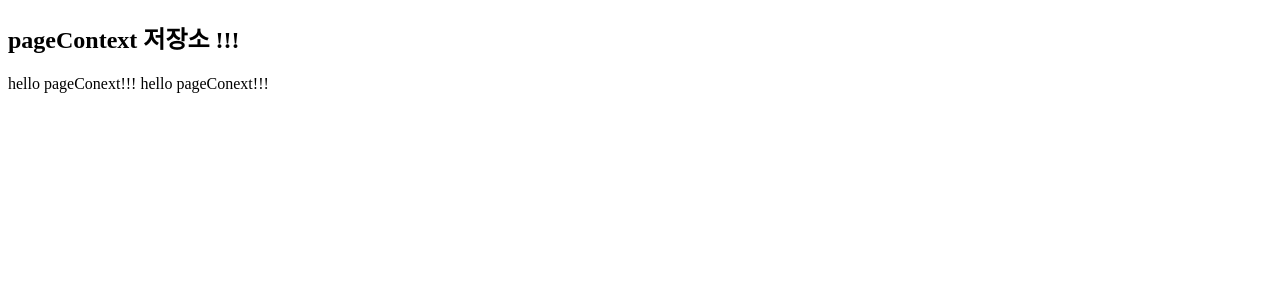
Repository: victoai/javaee2
Page: http://localhost/mvc/pageConext.jsp
An editor plug-in stored every save of this project. The page is shown before and after the next save, followed by the edit.
The browser window is 1280 px wide. The pictures show the whole page.
The page is served by Tomcat 9.

Above is the page before, as saved 2023-08-27 00:43:14.

After the next save:
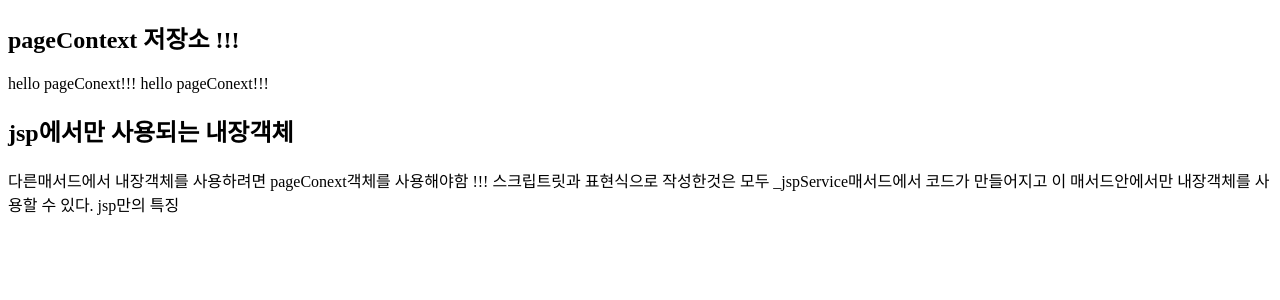
Saved 10 min 1 s later.
--- a/mvc/src/main/webapp/pageConext.jsp
+++ b/mvc/src/main/webapp/pageConext.jsp
@@ -16,7 +16,13 @@
 ${str}
 
 
-
+<h2>jsp에서만 사용되는 내장객체</h2>
+<p>
+  다른매서드에서 내장객체를 사용하려면 pageConext객체를 사용해야함 !!!
+  스크립트릿과 표현식으로 작성한것은 모두  _jspService매서드에서 코드가 만들어지고
+  이 매서드안에서만 내장객체를 사용할 수 있다.
+  jsp만의 특징
+</p>
 <%  pageContext.getRequest().getServletContext().getContextPath(); %>
 
 
